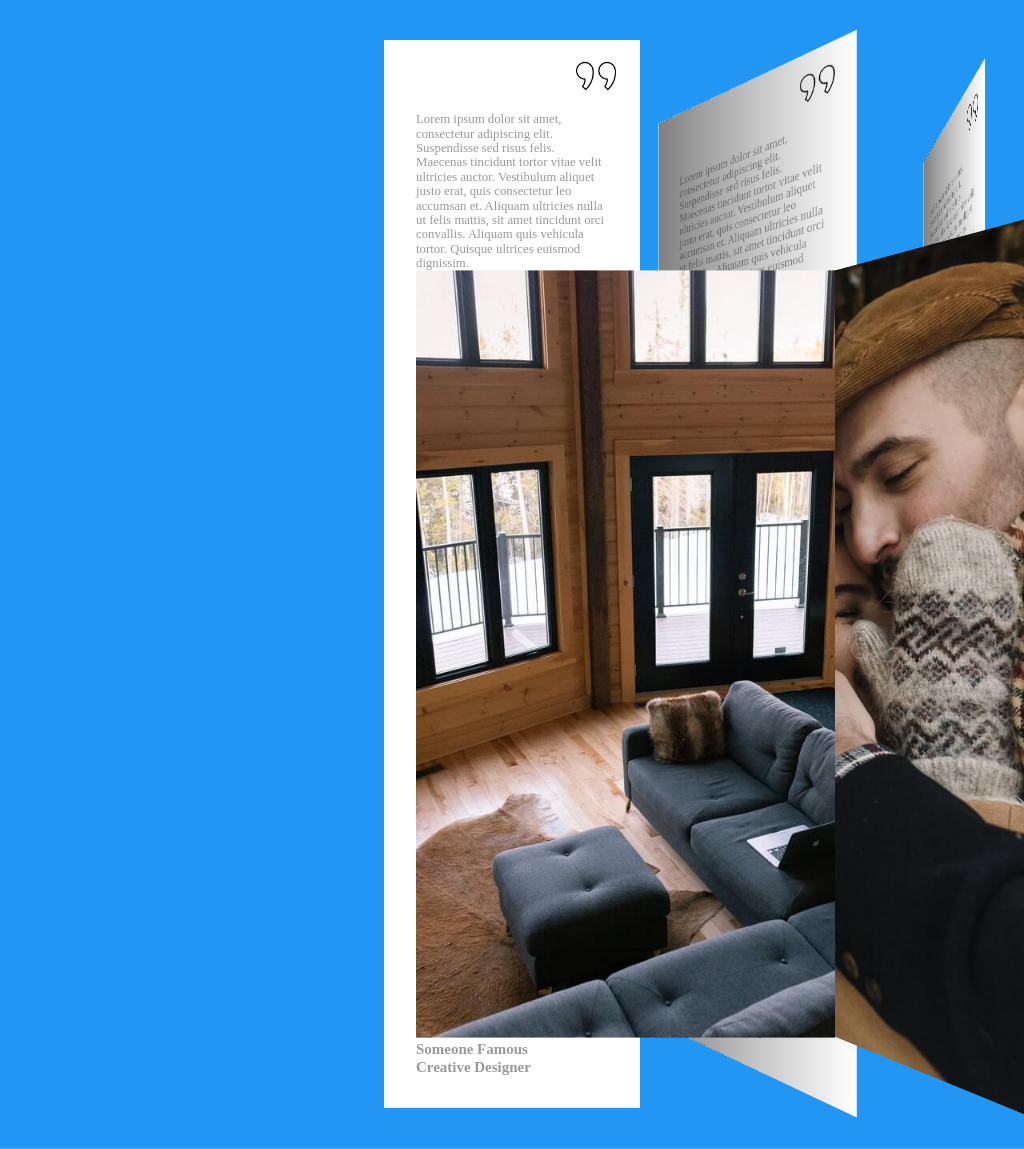
Repository: honghyunAhn/DailyFront
Page: Day210209_Responsive_Client_Testimonial_Section/index.html
An editor plug-in stored every save of this project. The page is shown before and after the next save, followed by the edit.
The browser window is 1280 px wide. The pictures show the whole page, at 80% of full size.

Above is the page before, as saved 2021-02-10 22:15:14.

After the next save:
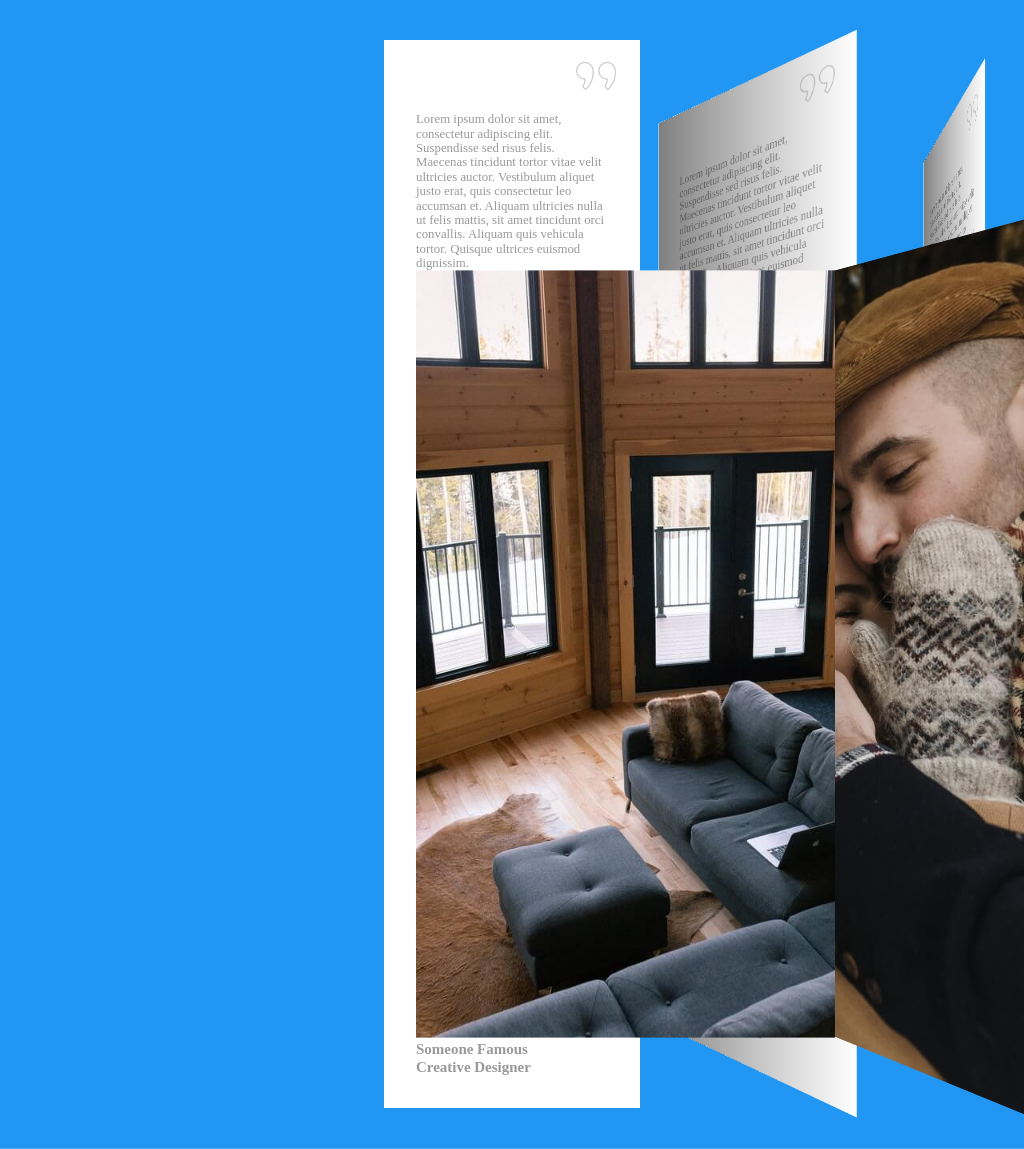
Saved 4 s later.
--- a/Day210209_Responsive_Client_Testimonial_Section/style.css
+++ b/Day210209_Responsive_Client_Testimonial_Section/style.css
@@ -37,5 +37,5 @@
   position: absolute;
   top: 20px;
   right: 30px;
-  opacity: 0, 2;
+  opacity: 0.2;
 }
